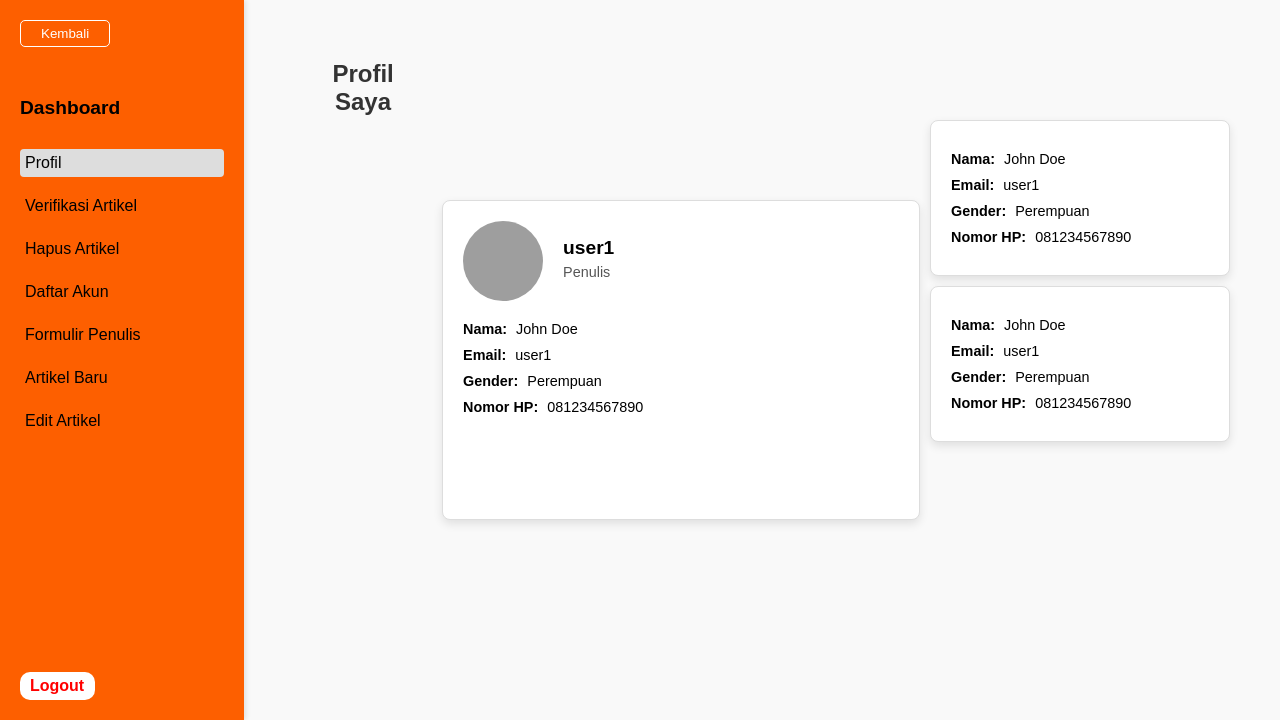
Repository: novalArd/Website_Berita_360News
Page: http://localhost/tes/Profile.php
The author's editor kept a copy of each file at every save. The page is drawn from the files as they stood at one save, then again after a run of saves.
The browser window is 1280 px wide. The pictures show the whole page.
Pictures or frames that could not be fetched are drawn as grey boxes. The page is run by PHP 8.4 with error messages shown; the project is at /var/www/html/. The session is filled in as if someone had signed in: {"user_id": 1, "username": "user1", "role": "admin", "nama_lengkap": "John Doe", "jenis_kelamin": "", "nomor_hp": "081234567890"}. Other server files are loaded and not shown. The database holds what the project's SQL file puts in it.

Above is the page before, as saved 2024-12-16 23:52:08.

### tes/Profile.php
<?php
session_start();
if (!isset($_SESSION['user_id'])) {
    header('Location: ../pagelogin.html'); // Redirect jika belum login
    exit;
}

require '../database.php'; // Jalur diperbarui untuk mengakses database.php dari folder tes

// Ambil data pengguna dari database berdasarkan sesi
$stmt = $conn->prepare("SELECT * FROM users WHERE id = :id");
$stmt->execute(['id' => $_SESSION['user_id']]);
$user = $stmt->fetch(PDO::FETCH_ASSOC);

if (!$user) {
    echo "Pengguna tidak ditemukan.";
    exit;
}
?>

<!DOCTYPE html>
<html lang="id">
<head>
  <meta charset="UTF-8">
  <meta name="viewport" content="width=device-width, initial-scale=1.0">
  <title>Profil Saya</title>
  <link rel="stylesheet" href="profile.css?v=1.0">
</head>
<body>
  <div class="container">
    <!-- Sidebar -->
    <aside class="sidebar">
      <div class="kembali-btn">
        <button>Kembali</button>
      </div>
    <h3>Dashboard</h3>
      <ul>
        <?php if ($_SESSION['role'] === 'admin'): ?>
        <!-- Menu untuk admin -->
        <li><a id="profil" href="admin.php">Profil</a></li>
        <li><a id="verifikasiArtikel" href="verifikasi.php">Verifikasi Artikel</a></li>
        <li><a id="hapusArtikel" href="hapus_artikel.php">Hapus Artikel</a></li>
        <li><a id="daftarAkun" href="daftar_akun.php">Daftar Akun</a></li>
        <li><a id="formulirPenulis" href="form_penulis.php">Formulir Penulis</a></li>
        <li><a id="artikelBaru" href="artikel_baru.php">Artikel Baru</a></li>
        <li><a id="editArtikel" href="edit_artikel.php">Edit Artikel</a></li>
        <?php elseif ($_SESSION['role'] === 'penulis'): ?>
        <!-- Menu untuk penulis -->
        <li><a id="profil" href="Profile.php">Profile</a></li>
        <li><a id="tambahArtikel" href="Tambah.php">Tambah Artikel</a></li>
        <li><a id="editArtikel" href="edit_artikel.php">Edit Artikel</a></li>
        <li><a id="artikelSaya" href="artikel_saya.php">Artikel Saya</a></li>
        <li><a id="hapusArtikel" href="hapus_artikel.php">Hapus Artikel</a></li>
        <?php endif; ?>
      </ul>
    <a href="../logout.php" class="logout">Logout</a>
  </aside>

    <!-- Main Content -->
    <main class="main-content">
      <h2>Profil Saya</h2>
      <div class="profile-card" id="profil-nama">
        <div class="profile-header">
          <img src="profile-pic.jpg" alt="Foto Profil" class="profile-img">
          <div>
            <h3><?php echo htmlspecialchars($user['username']); ?></h3>
            <p>Penulis</p>
          </div>
        </div>
        <div class="profile-details">
          <p><strong>Nama:</strong> <?php echo htmlspecialchars($user['nama_lengkap']); ?></p>
          <p><strong>Email:</strong> <?php echo htmlspecialchars($user['username']); ?></p>
          <p><strong>Gender:</strong> <?php echo $user['jenis_kelamin'] == 'L' ? 'Laki-laki' : 'Perempuan'; ?></p>
          <p><strong>Nomor HP:</strong> <?php echo htmlspecialchars($user['nomor_hp']); ?></p>
        </div>
      </div>
      <div class="profile-2">
      <div class="profile-card">
        <div class="profile-details">
          <p><strong>Nama:</strong> <?php echo htmlspecialchars($user['nama_lengkap']); ?></p>
          <p><strong>Email:</strong> <?php echo htmlspecialchars($user['username']); ?></p>
          <p><strong>Gender:</strong> <?php echo $user['jenis_kelamin'] == 'L' ? 'Laki-laki' : 'Perempuan'; ?></p>
          <p><strong>Nomor HP:</strong> <?php echo htmlspecialchars($user['nomor_hp']); ?></p>
        </div>
      </div>
      <div class="profile-card">
        <div class="profile-details">
          <p><strong>Nama:</strong> <?php echo htmlspecialchars($user['nama_lengkap']); ?></p>
          <p><strong>Email:</strong> <?php echo htmlspecialchars($user['username']); ?></p>
          <p><strong>Gender:</strong> <?php echo $user['jenis_kelamin'] == 'L' ? 'Laki-laki' : 'Perempuan'; ?></p>
          <p><strong>Nomor HP:</strong> <?php echo htmlspecialchars($user['nomor_hp']); ?></p>
        </div>
      </div>
      </div>
    </main>
  </div>
</body>
</html>

### database.php
<?php
$host = 'localhost';
$dbname = 'news_management';
$username = 'root'; // Sesuaikan dengan username database Anda
$password = ''; // Sesuaikan dengan password database Anda

try {
    // Membuat koneksi ke database menggunakan PDO
    $conn = new PDO("mysql:host=$host;dbname=$dbname", $username, $password);
    $conn->setAttribute(PDO::ATTR_ERRMODE, PDO::ERRMODE_EXCEPTION);
} catch (PDOException $e) {
    // Menampilkan pesan jika koneksi gagal
    echo "Connection failed: " . $e->getMessage();
    die();
}

// Fungsi untuk memeriksa keberadaan pengguna dalam database tanpa hashing password
function checkUser($username, $password) {
    global $conn;
    $stmt = $conn->prepare("SELECT * FROM users WHERE username = :username AND password = :password"); // Query SQL untuk mencari username dan password
    $stmt->execute(['username' => $username, 'password' => $password]);
    $user = $stmt->fetch(PDO::FETCH_ASSOC);

    return $user ? $user : false; // Mengembalikan data pengguna jika ditemukan, false jika tidak
}
?>

### tes/profile.css
/* Reset CSS */
* {
  margin: 0;
  padding: 0;
  box-sizing: border-box;
}
/* General Styles */
body {
  margin: 0;
  font-family: Arial, sans-serif;
  background-color: #f9f9f9;
  display: flex;
}

.container {
  display: flex;
  width: 100%;
  height: 100vh;
}

/* Sidebar */
.sidebar {
  background-color: #FD5F00;
  width: 250px;
  padding: 20px;
  display: flex;
  flex-direction: column;
  box-shadow: 2px 0 5px rgba(0, 0, 0, 0.1);
}

.sidebar .kembali-btn button {
  padding: 5px 20px;
  border: 1px solid white;
  color: white;
  background-color: #FD5F00;
  border-radius: 5px;
  transition: all 0.2s ease-in-out;
}

.sidebar .kembali-btn button:hover {
  color: black;
  background-color: white;
  border: 1px solid white;
  cursor: pointer;
}

.sidebar h3 {
  font-size: 1.2em;
  margin-bottom: 30px;
  margin-top: 50px;
}

.sidebar ul {
  list-style: none;
  padding: 0;
  margin: 0;
}

.sidebar ul li {
  margin-bottom: 15px;
}

.sidebar ul li a {
  text-decoration: none;
  color: black;
  font-size: 1em;
  padding: 5px;
  display: block;
  transition: background-color 0.3s ease;
}

.sidebar ul li #profil {
  background-color: #ddd;
  border-radius: 4px;
}

.sidebar ul li a:hover {
  background-color: #ddd;
  border-radius: 4px;
}

.logout {
  width: 75px;
  margin-top: auto;
  color: red;
  background-color: white;
  font-weight: bold;
  text-decoration: none;
  padding: 5px 10px;
  display: inline-block;
  border-radius: 10px;
}

.logout:hover {
  background-color: #fdd;
  border-radius: 10px;
}

/* Main Content */
.main-content {
  display: flex;
  padding: 40px;
}

.main-content h2 {
  font-size: 1.5em;
  color: #333;
  text-align: center;
  margin: 20px;
}

/* Profile Card */
.profile-card {
  background-color: #fff;
  border: 1px solid #ddd;
  border-radius: 8px;
  box-shadow: 0 4px 10px rgba(0, 0, 0, 0.1);
  padding: 20px;
  max-width: 600px;
  width: 500px;
  margin: auto;
}

.container #profil-nama {
  height: 320px;
}

.profile-2 {
  margin-top: 70px;
}

.profile-2 .profile-card {
  margin: 10px;
  width: 300px;
}

.profile-header {
  display: flex;
  align-items: center;
  margin-bottom: 20px;
}

.profile-img {
  width: 80px;
  height: 80px;
  border-radius: 50%;
  margin-right: 20px;
}

.profile-header h3 {
  margin: 0;
  font-size: 1.2em;
}

.profile-header p {
  margin: 5px 0;
  color: #555;
  font-size: 0.9em;
}

.profile-details p {
  margin: 10px 0;
  font-size: 0.9em;
}

.profile-details p strong {
  font-weight: bold;
  margin-right: 5px;
}

.article-form {
  background-color: #fff;
  padding: 20px;
  border-radius: 8px;
  box-shadow: 0 4px 10px rgba(0, 0, 0, 0.1);
  max-width: 600px;
  margin: auto;
}

.form-group {
  margin-bottom: 20px;
}

.form-group label {
  display: block;
  margin-bottom: 8px;
  font-weight: bold;
}

.form-group input,
.form-group textarea,
.form-group select {
  width: 100%;
  padding: 10px;
  font-size: 1em;
  border: 1px solid #ddd;
  border-radius: 4px;
  box-sizing: border-box;
}

textarea {
  resize: none;
}

.btn-submit {
  background-color: #4CAF50;
  color: #fff;
  border: none;
  padding: 10px 20px;
  font-size: 1em;
  border-radius: 4px;
  cursor: pointer;
  transition: background-color 0.3s ease;
}

.btn-submit:hover {
  background-color: #45a049;
}

.form-group select {
  width: 100%;
  padding: 10px;
  font-size: 1em;
  border: 1px solid #ddd;
  border-radius: 4px;
  box-sizing: border-box;
  margin-bottom: 10px;
}

### news_management.sql (the tables this page reads)
CREATE TABLE `users` (
  `id` int(11) NOT NULL,
  `username` varchar(255) NOT NULL,
  `password` varchar(255) NOT NULL,
  `role` enum('admin','penulis','pengguna') DEFAULT 'pengguna',
  `nama_lengkap` varchar(255) NOT NULL,
  `jenis_kelamin` enum('L','P') NOT NULL,
  `nomor_hp` varchar(15) NOT NULL,
  `email` varchar(100) DEFAULT NULL,
  `created_at` datetime NOT NULL DEFAULT current_timestamp()
) ENGINE=InnoDB DEFAULT CHARSET=utf8mb4 COLLATE=utf8mb4_general_ci;

INSERT INTO `users` (`id`, `username`, `password`, `role`, `nama_lengkap`, `jenis_kelamin`, `nomor_hp`, `email`, `created_at`) VALUES
(1, 'user1', 'password123', 'admin', 'John Doe', '', '081234567890', NULL, '2024-12-13 14:24:59'),
(2, 'user2', 'mypassword', 'admin', 'Jane Doe', '', '082345678901', NULL, '2024-12-13 14:24:59'),
(3, 'user3', 'alexpass', 'admin', 'Alex Smith', '', '083456789012', NULL, '2024-12-13 14:24:59'),
(4, 'admin01', 'password123', 'admin', 'Admin Satu', 'L', '081234567890', 'admin01@example.com', '2024-12-13 14:26:12'),
(5, 'Alex', 'password123', 'penulis', 'Alex Hunter', 'L', '082345678901', 'penulis01@example.com', '2024-12-13 14:26:12'),
(6, 'Edho', 'password123', 'penulis', 'Penulis Dua', 'L', '083456789012', 'penulis02@example.com', '2024-12-13 14:26:12'),
(7, 'EdhoGanteng', '1234', 'pengguna', 'Agustino Edward', 'L', '082123234331', 'edho@gmail.com', '2024-12-24 04:21:20'),
(8, 'Ferry', '1234', 'pengguna', 'Josua', 'L', '', 'sted.se@anup1.com', '2024-12-31 01:01:48');

ALTER TABLE `users`
  ADD PRIMARY KEY (`id`),
  ADD UNIQUE KEY `username` (`username`),
  ADD UNIQUE KEY `email` (`email`);

ALTER TABLE `users`
  MODIFY `id` int(11) NOT NULL AUTO_INCREMENT, AUTO_INCREMENT=9;

After the next 2 saves:
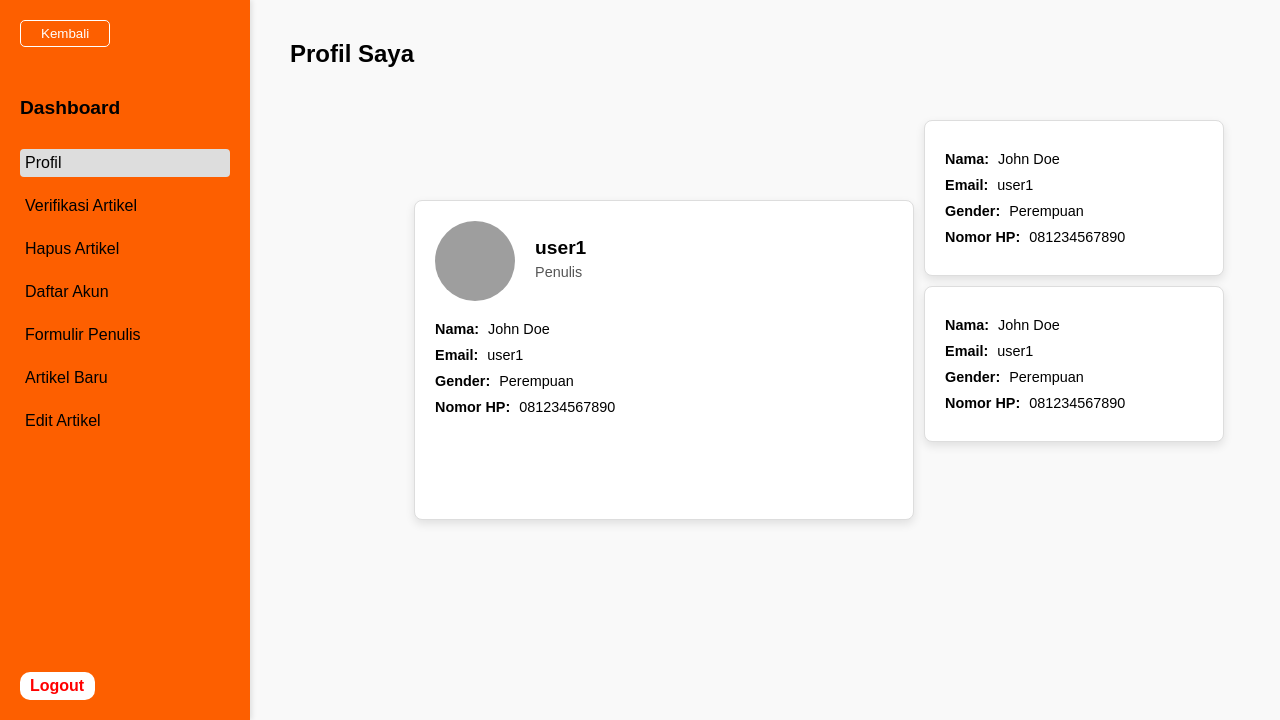
The 2 saves are shown as one change because they came seconds apart.
The last was saved 24 s later.
--- a/tes/profile.css
+++ b/tes/profile.css
@@ -102,11 +102,12 @@ body {
   padding: 40px;
 }
 
-.main-content h2 {
+.profil-saya h2 {
+  margin-bottom: 20px;
   font-size: 1.5em;
   color: #333;
   text-align: center;
-  margin: 20px;
+  margin-top: 50px;
 }
 
 /* Profile Card */
